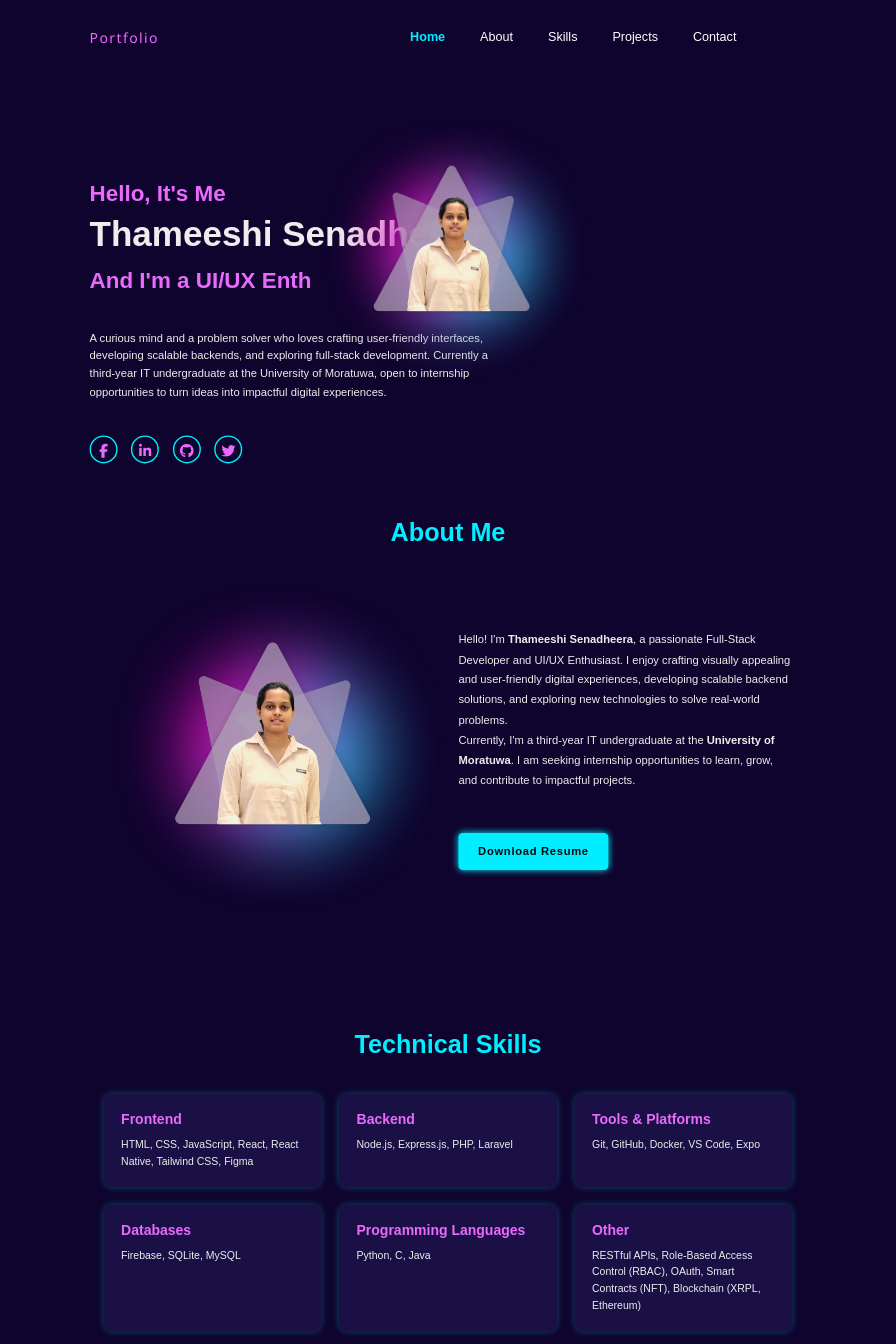
Repository: Thameeshi/portfolio-website
Page: http://localhost/
The author's editor kept a copy of each file at every save. The page is drawn from the files as they stood at one save, then again after the next save.
The browser window is 1280 px wide. The pictures show the part of the page from y = 0 to 1920 px (the page is 3616 px tall), at 70% of full size.
Some web libraries are served in a nearby version. The page is served by the project's Node server (server.js).

Above is the page before, as saved 2025-09-10 10:13:07.

After the next save:
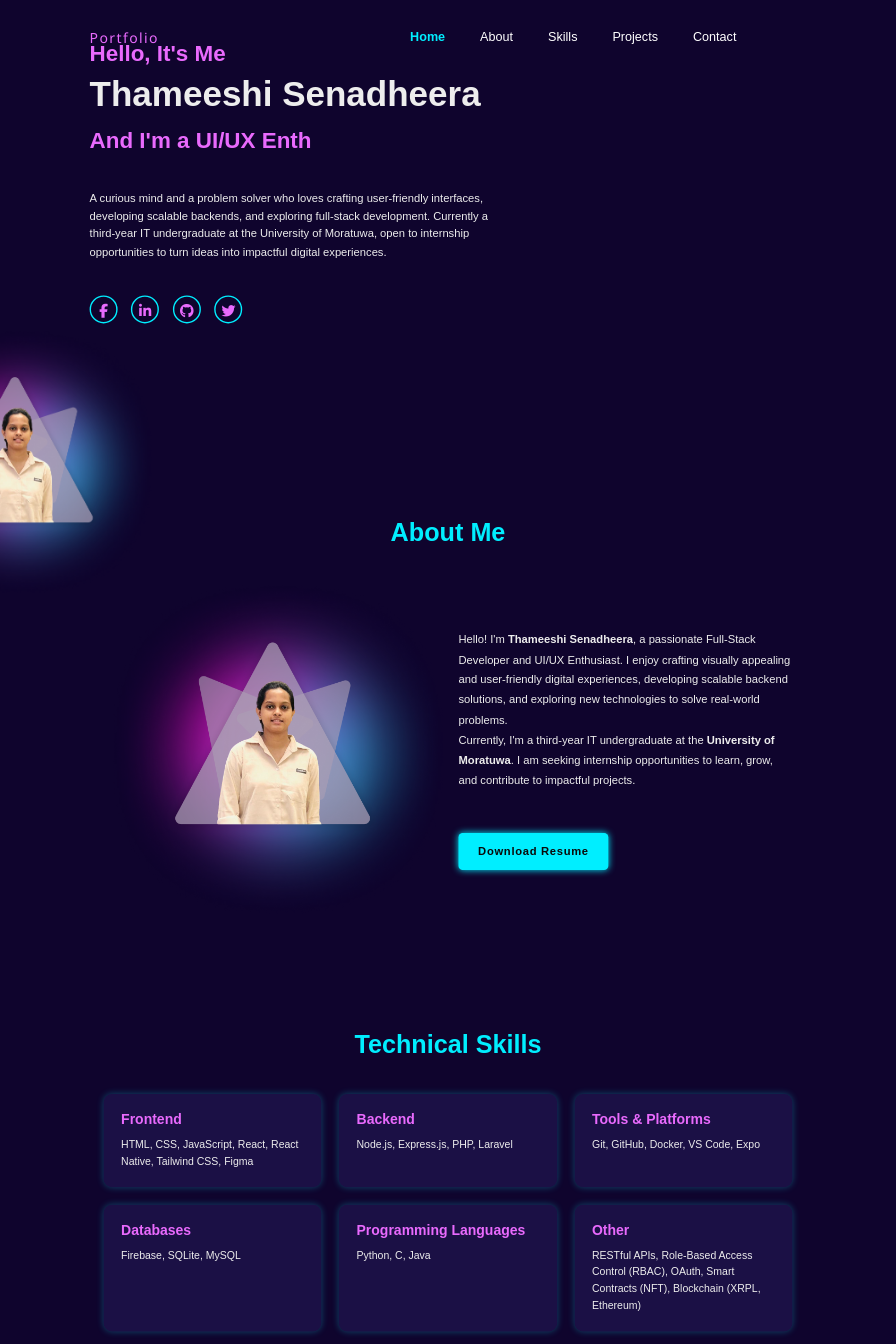
Saved 45 min 2 s later.
--- a/views/index.ejs
+++ b/views/index.ejs
@@ -80,12 +80,13 @@
                     <i class="fab fa-twitter"></i>
                 </a>
             </div>
-        </div>
-
-        <!-- Right side: Image -->
+                    <!-- Right side: Image -->
         <div class="image">
             <img src="/images/home.png" alt="<%= data.personal.name %> - Profile Picture" loading="eager">
         </div>
+        </div>
+
+
     </section>
 
     <!-- About Section -->

After the save that followed:
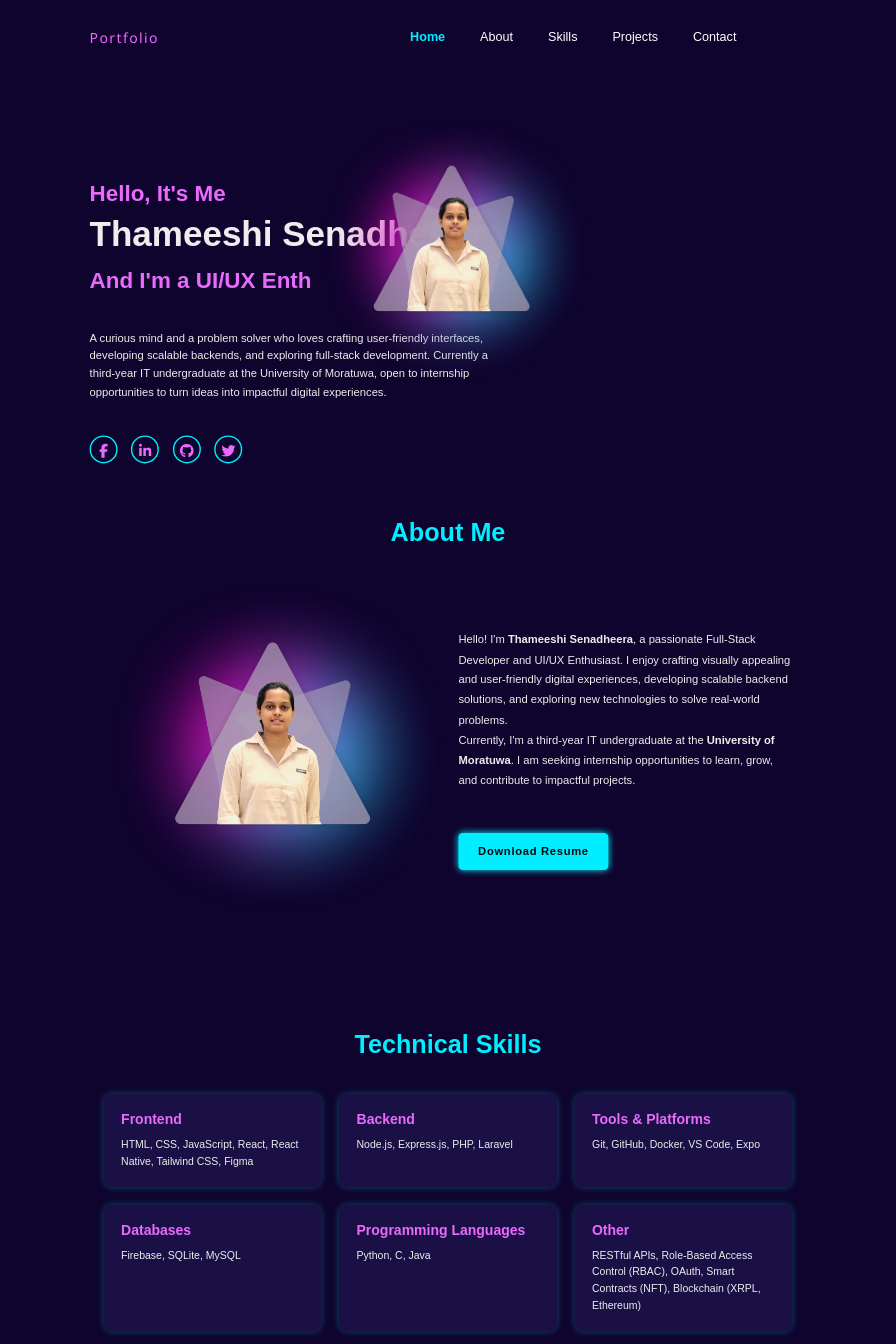
Saved 3 min 29 s later.
--- a/views/index.ejs
+++ b/views/index.ejs
@@ -80,13 +80,12 @@
                     <i class="fab fa-twitter"></i>
                 </a>
             </div>
-                    <!-- Right side: Image -->
+        </div>
+
+        <!-- Right side: Image -->
         <div class="image">
             <img src="/images/home.png" alt="<%= data.personal.name %> - Profile Picture" loading="eager">
         </div>
-        </div>
-
-
     </section>
 
     <!-- About Section -->
